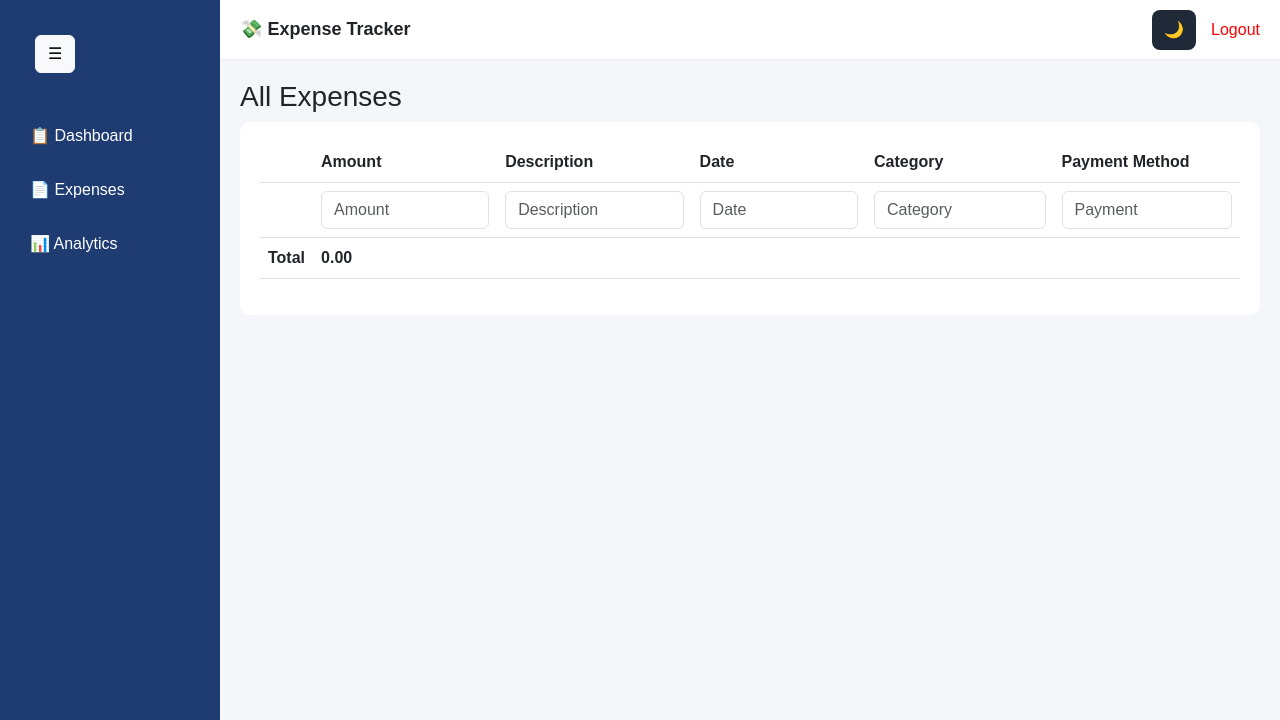
Repository: TejasChoudhary1996/expense-microservices
Page: http://localhost/ui-service/WEB-INF/jsp/pages/expenses.jsp
The author's editor kept a copy of each file at every save. The page is drawn from the files as they stood at one save, then again after the next save.
The browser window is 1280 px wide. The pictures show the whole page.
The page is served by Tomcat 10. Nobody is signed in. The template is opened directly, without the code that normally fills it, so the values that code supplies are empty.

Above is the page before, as saved 2026-03-29 17:36:53.

After the next save:
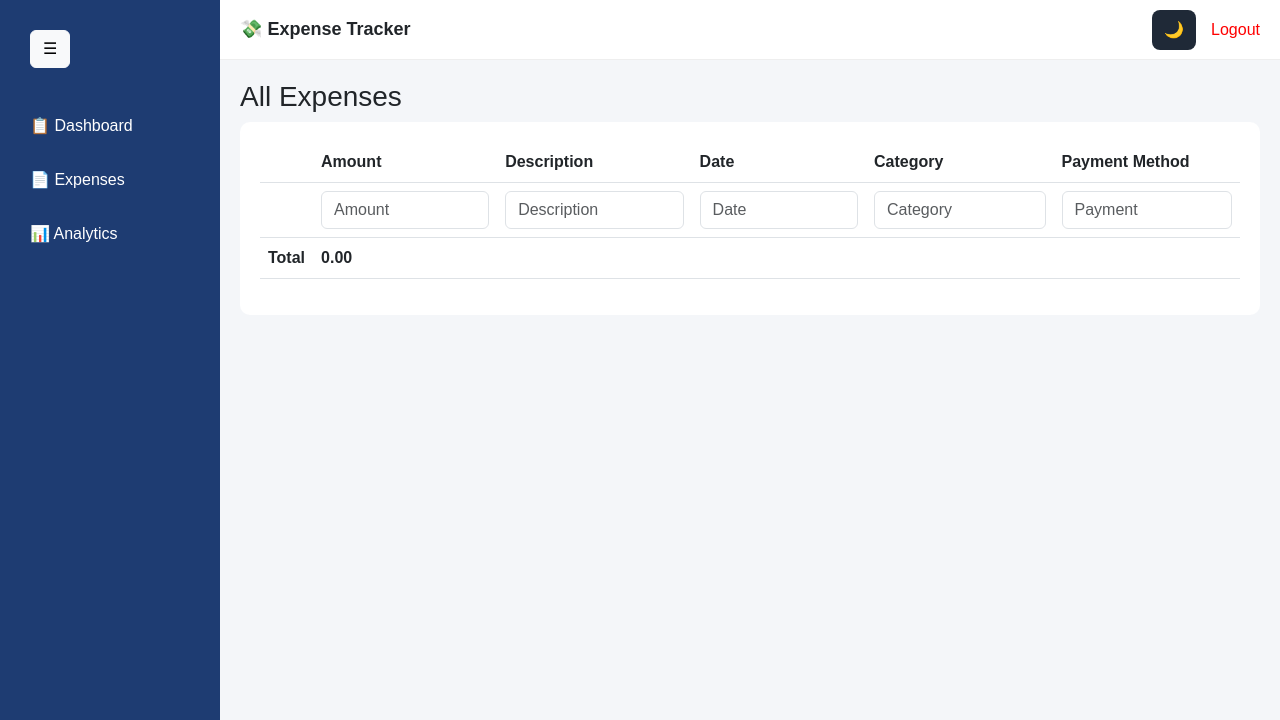
Saved 9 s later.
--- a/ui-service/src/main/webapp/WEB-INF/jsp/layout/sidebar.jsp
+++ b/ui-service/src/main/webapp/WEB-INF/jsp/layout/sidebar.jsp
@@ -4,7 +4,7 @@
 
 
 
-	<div style="display:flex; align-items:center; gap:10px; padding:15px;">
+	<div style="display:flex; align-items:center; gap:10px; padding:10px;">
 
     <!-- Toggle -->
       <button onclick="toggleSidebar()" class="btn btn-light mb-3" >☰</button>
